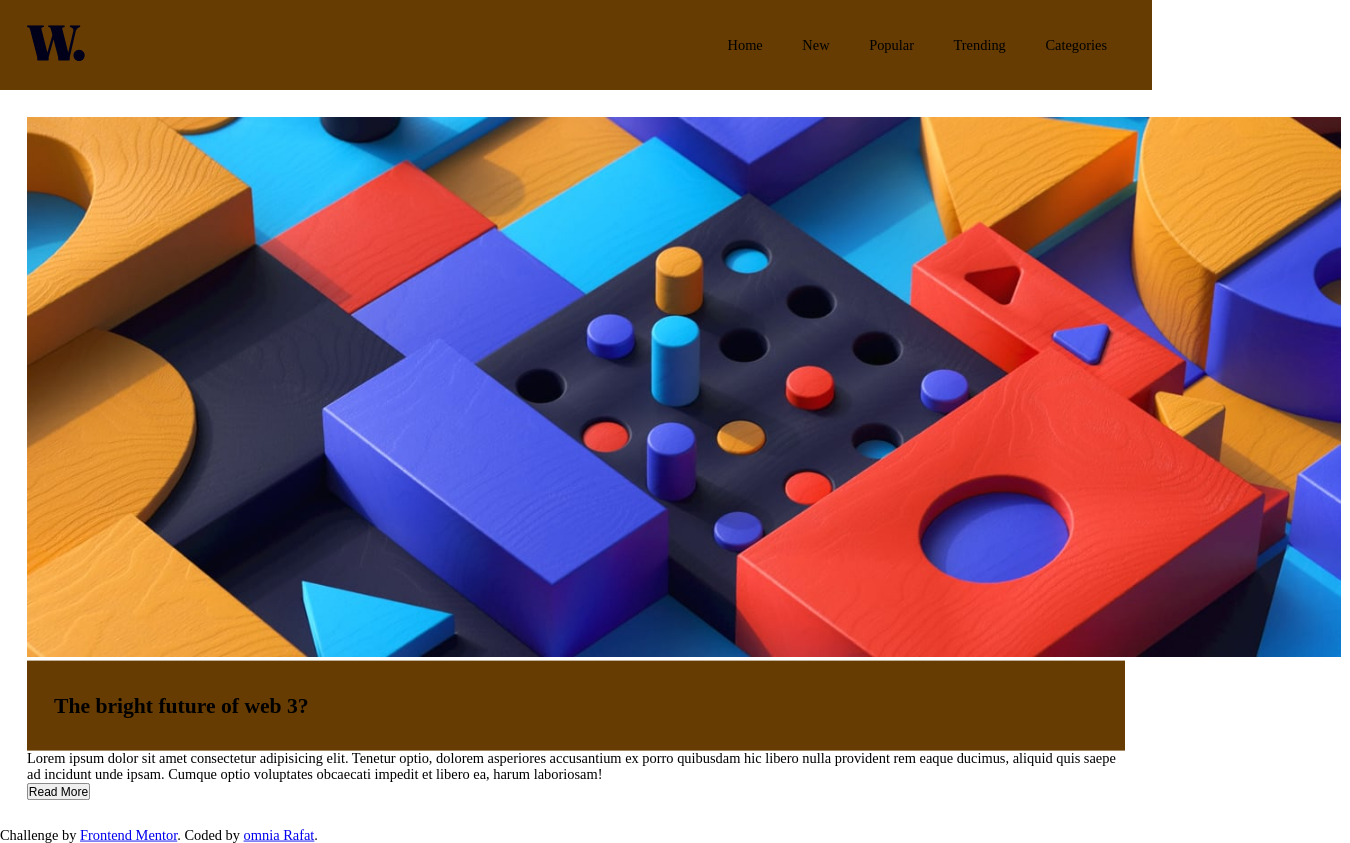
Repository: OmniaRafat232111121/HomePage
Page: index.html
These files come from the project's save history. The page is drawn as it stood at one moment and after a run of saves; the edit follows.
The browser window is 1280 px wide. The page is 1490 px wide, then 1500 px, so the pictures cover 1500 px, including what lies to the right of the window. The pictures show the whole page, at 90% of full size.

Above is the page before, as saved 2022-12-17 15:23:51.

### index.html
<!DOCTYPE html>
<html lang="en">
<head>
  <meta charset="UTF-8">
  <meta name="viewport" content="width=device-width, initial-scale=1.0"> <!-- displays site properly based on user's device -->

  <link rel="icon" type="image/png" sizes="32x32" href="./assets/images/favicon-32x32.png">

  <title>Frontend Mentor | News homepage</title>
 <link rel="stylesheet" href="style.css">
</head>
<body>
  <!--header start-->
  <header class="header">
    <div class="logo">
      <a href="index.html">
        <img src="./assets/images/logo.svg" alt="image"/>
      </a>
    </div>
    <nav>
      <ul>
        <li href="index.html"><a>Home</a></li>
        <li href="#new"><a>New</a></li>
        <li href="#popular"><a>Popular</a></li>
         <li href="#trending"><a>Trending</a></li>
         <li href="#categories"><a>Categories</a></li>

      </ul>
    </nav>

  </header>
    <!--header ends-->
    <!--home start-->
    <section class="home">
      <div class="container">
        <div class="col-play">
            <img src="./assets/images/image-web-3-desktop.jpg" alt="image"/>
            <div class="content">
              <div class="header">
                <h1>The bright future of web 3?</h1>

              </div>
              <div class="reading">
                <p>Lorem ipsum dolor sit amet consectetur adipisicing elit.
                  Tenetur optio, dolorem asperiores accusantium ex porro quibusdam hic
                   libero nulla provident rem eaque ducimus, aliquid quis saepe ad
                   incidunt unde ipsam. Cumque optio voluptates obcaecati impedit et libero ea, harum laboriosam!</p>
                 <button>Read More</button>
                  </div>

            </div>
        </div>
        <div class="col-content">

        </div>

      </div>

    </section>
    <!--home end-->
  <div class="attribution">
    Challenge by <a href="https://www.frontendmentor.io?ref=challenge" target="_blank">Frontend Mentor</a>.
    Coded by <a href="#">omnia Rafat</a>.
  </div>
</body>
</html>

### style.css
*{
    margin:0;
    padding:0;
    box-sizing: border-box;
}
ul {
    list-style: none;
}
.header{
    background-color: rgb(103, 60, 3);
    width: 100%;
    height:100px;
    display:flex;
    align-items: center;
    justify-content: space-between;
    padding:30px;
}
.header nav ul li{
    display: inline-block;
    padding:20px;
}
/*home*/
.home{
    padding:30px;
}

After the next 2 saves:
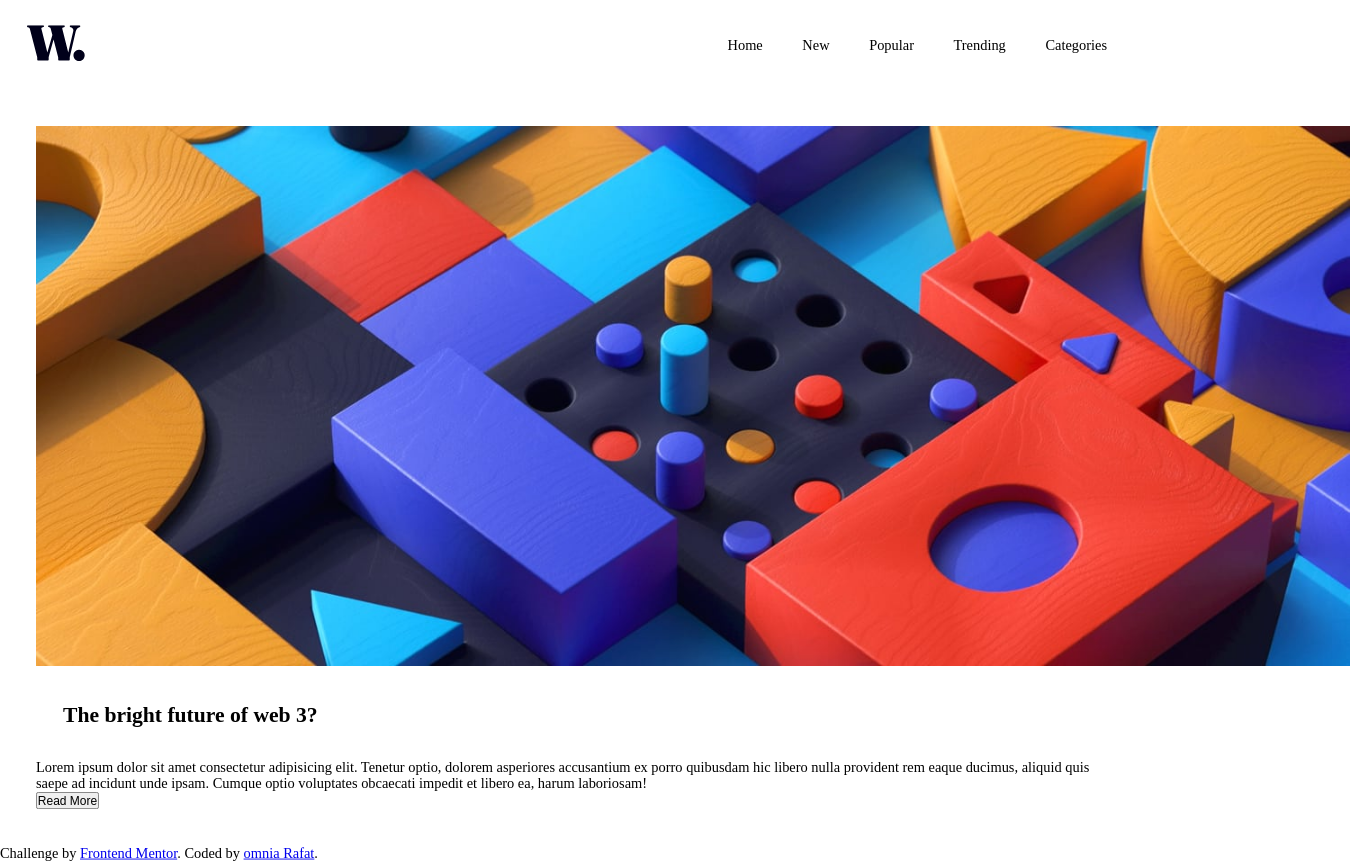
The 2 saves are shown as one change because they came seconds apart.
The last was saved 18 s later.
--- a/style.css
+++ b/style.css
@@ -7,7 +7,6 @@ ul {
     list-style: none;
 }
 .header{
-    background-color: rgb(103, 60, 3);
     width: 100%;
     height:100px;
     display:flex;
@@ -21,5 +20,5 @@ ul {
 }
 /*home*/
 .home{
-    padding:30px;
+    padding:40px;
 }
